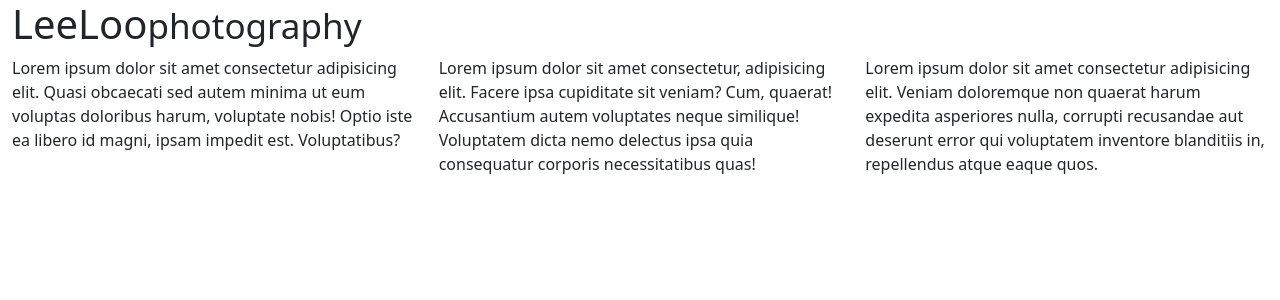
Repository: Zyzik-33/bootstrap-test
Page: index.html
The author's editor kept a copy of each file at every save. The page is drawn from the files as they stood at one save, then again after the next save.
The browser window is 1280 px wide. The pictures show the whole page.

Above is the page before, as saved 2021-01-27 14:27:46.

After the next save:
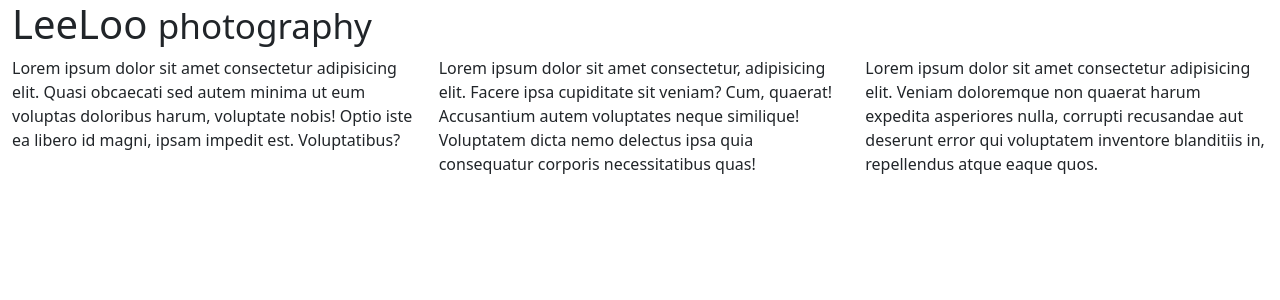
Saved 36 s later.
--- a/index.html
+++ b/index.html
@@ -10,7 +10,7 @@
 </head>
 <body>
   <div class="container-fluid">
-    <h1>LeeLoo<small>photography</small></h1>
+    <h1>LeeLoo <small>photography</small> </h1>
     <div class="row">
       <div class="col-lg-4">Lorem ipsum dolor sit amet consectetur adipisicing elit. Quasi obcaecati sed autem minima ut eum voluptas doloribus harum, voluptate nobis! Optio iste ea libero id magni, ipsam impedit est. Voluptatibus?</div>
       <div class="col-lg-4">Lorem ipsum dolor sit amet consectetur, adipisicing elit. Facere ipsa cupiditate sit veniam? Cum, quaerat! Accusantium autem voluptates neque similique! Voluptatem dicta nemo delectus ipsa quia consequatur corporis necessitatibus quas!</div>
